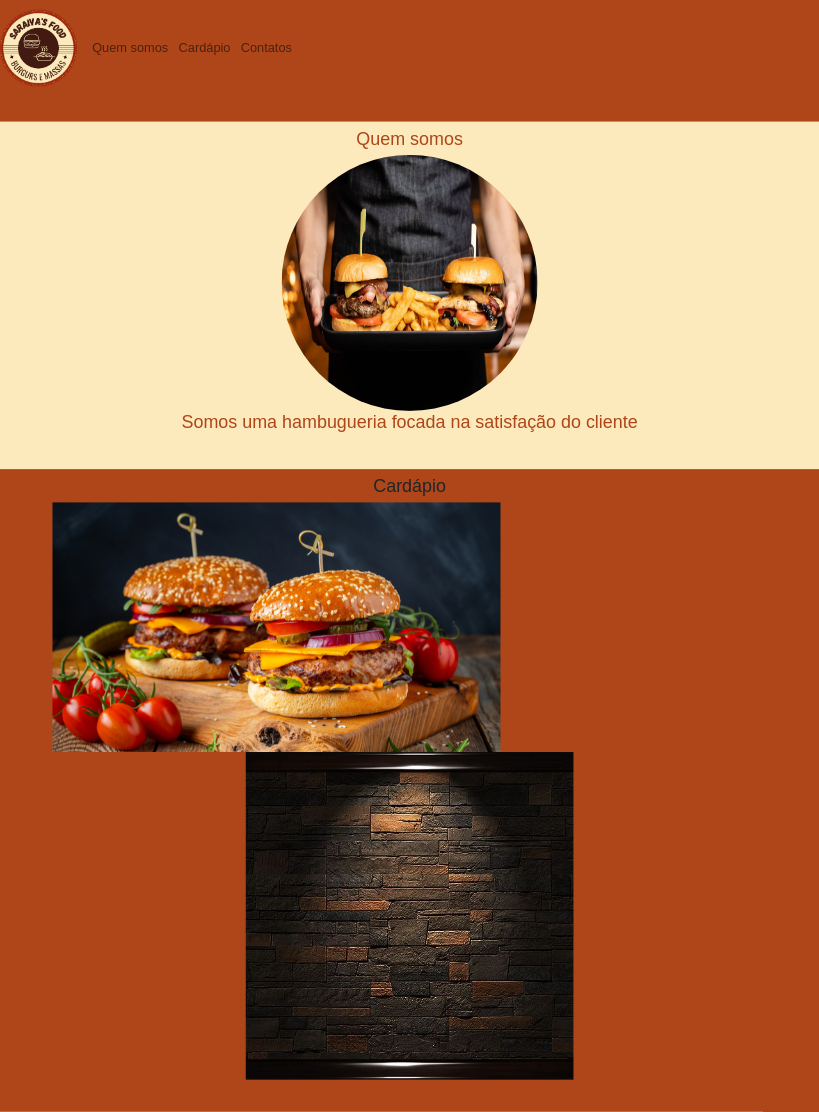
Repository: Tuanemendes/curso_bootstrap
Page: projeto1/index.html
An editor plug-in stored every save of this project. The page is shown before and after the next save, followed by the edit.
The browser window is 1280 px wide. The pictures show the whole page, at 64% of full size.

Above is the page before, as saved 2022-04-04 17:04:57.

After the next save:
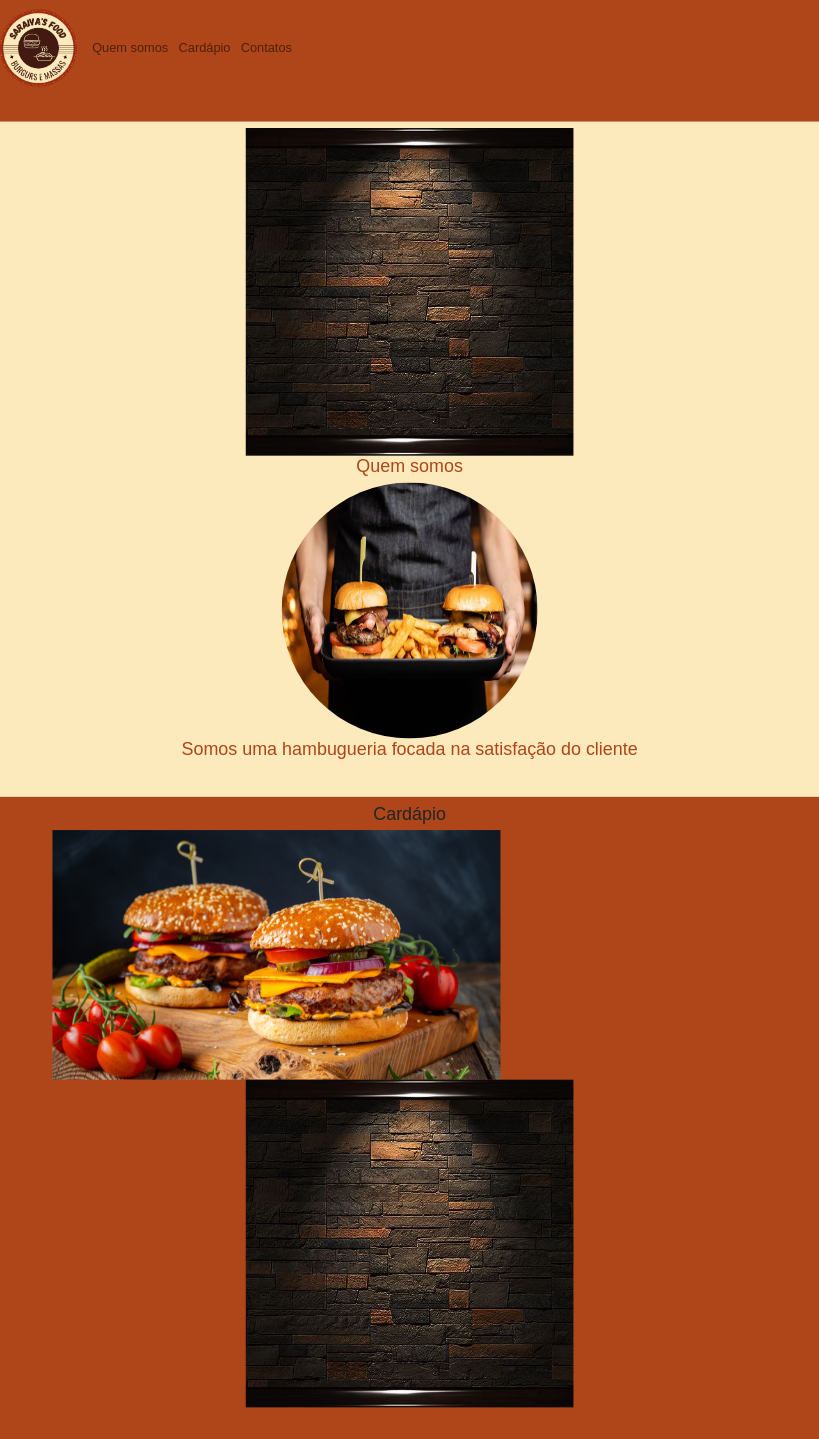
Saved 103 s later.
--- a/projeto1/index.html
+++ b/projeto1/index.html
@@ -30,11 +30,16 @@
 
     <section id="quemsomos">
         <div class="container-fluid quem-somos text-center margin">
-            <h3>Quem somos</h3>
-            <img src="/img/FICHA-TECNICA-PARA-HAMBURGUERIA-DICA.jpg" class="rounded-circle" alt="burgueria" width="400" height="400">
-            <h3>Somos uma hambugueria  focada na satisfação do cliente</h3>
+            <img src="/img/27cc887a3ec0d44abc315f40abb07257.jpg" alt="">
+            <div>
+                <h3>Quem somos</h3>
+                <img src="/img/FICHA-TECNICA-PARA-HAMBURGUERIA-DICA.jpg" class="rounded-circle" alt="burgueria" width="400" height="400">
+                <h3>Somos uma hambugueria  focada na satisfação do cliente</h3>
 
             </div>
+
+
+        </div>
     </section>
     <section id="cardapio">
         <div class="container-fluid text-center margin cardapio">
